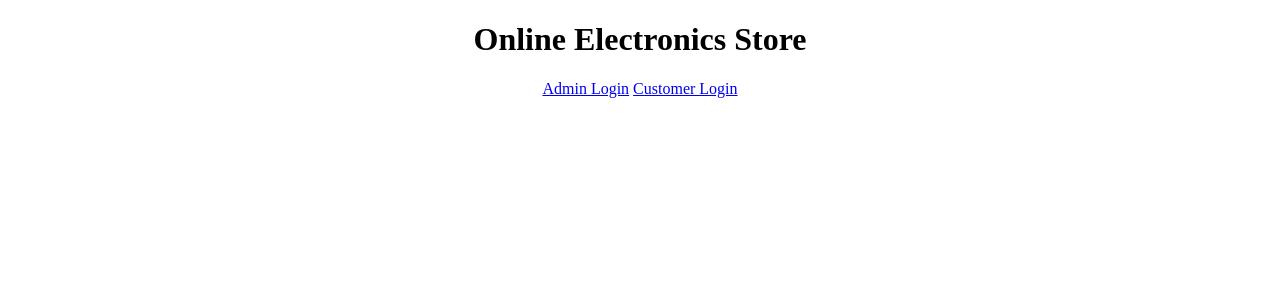
Repository: vaibhavahi017/Registration-Form-by-adv-java
Page: ECommerce/src/main/webapp/index.html
An editor plug-in stored every save of this project. The page is shown before and after the next save, followed by the edit.
The browser window is 1280 px wide. The pictures show the whole page.

Above is the page before, as saved 2026-10-26 08:32:26.

After the next save:
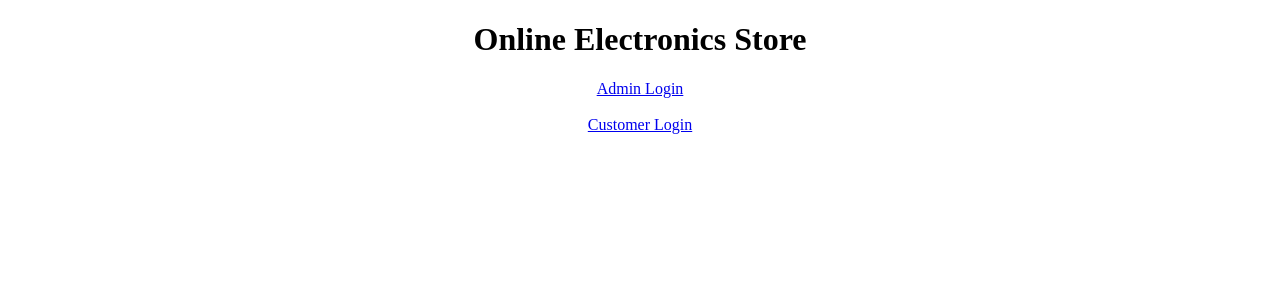
Saved 36 s later.
--- a/ECommerce/src/main/webapp/index.html
+++ b/ECommerce/src/main/webapp/index.html
@@ -8,7 +8,7 @@
 		<center>
 		  <h1>Online Electronics Store </h1>
 
-		  <a href="AdminLogin.html">Admin Login</a>
+		  <a href="AdminLogin.html">Admin Login</a><br><br>
 		  <a href="CustomerLogin.html">Customer Login</a>
 		</center>
 
